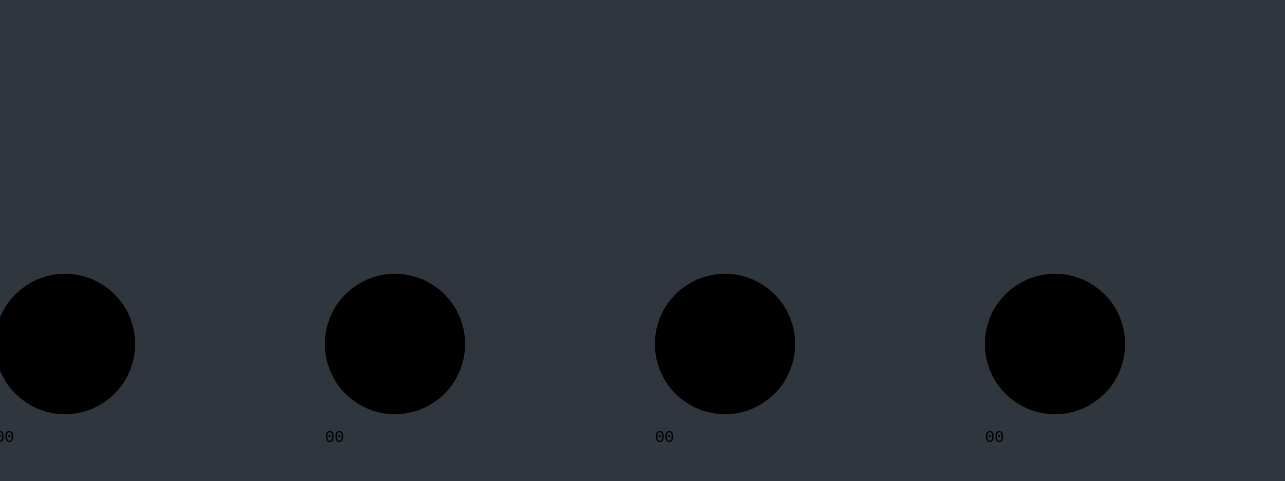
Repository: northpx/happyNY
Page: index.html
The author's editor kept a copy of each file at every save. The page is drawn from the files as they stood at one save, then again after a run of saves.
The browser window is 1280 px wide. The page is 1285 px wide, then 1280 px, so the pictures cover 1285 px, including what lies to the right of the window. The pictures show the whole page.

Above is the page before, as saved 2022-12-31 10:52:32.

### index.html
<!DOCTYPE html>
<html lang="en">
<head>
    <meta charset="UTF-8">
    <meta http-equiv="X-UA-Compatible" content="IE=edge">
    <meta name="viewport" content="width=device-width, initial-scale=1.0">
    <link rel="stylesheet" href="style.css">
    <title>Document</title>
</head>
<body>
    <h1>HAPPY NEW YEAR <br>2023</h1>
    <div class="time">
        <div class="circle" style="--clr:#fff">
            <div class="dots day_dot">
                <svg>
                    <circle cx="70" cy="70" r="70"></circle>
                    <circle cx="70" cy="70" r="70" id="dd"></circle>
                </svg>
                <div id="days">00</div>
            </div>
        </div>

        <div class="circle" style="--clr:#fff">
            <div class="dots hr_dot">
                <svg>
                    <circle cx="70" cy="70" r="70"></circle>
                    <circle cx="70" cy="70" r="70" id="hh"></circle>
                </svg>
                <div id="hours">00</div>
            </div>
        </div>

        <div class="circle" style="--clr:#fff">
            <div class="dots min_dot">
                <svg>
                    <circle cx="70" cy="70" r="70"></circle>
                    <circle cx="70" cy="70" r="70" id="mm"></circle>
                </svg>
                <div id="minutes">00</div>
            </div>
        </div>

        <div class="circle" style="--clr:#fff">
            <div class="dots sec_dot">
                <svg>
                    <circle cx="70" cy="70" r="70"></circle>
                    <circle cx="70" cy="70" r="70" id="ss"></circle>
                </svg>
                <div id="seconds">00</div>
            </div>
        </div>
    </div>
</body>
<script src="script.js">
</script>
</html>

### style.css
*{
    margin: 0;
    padding: 0;
    box-sizing: border-box;
    font-family: 'Courier New', Courier, monospace;
}
body{
    display: flex;
    justify-content: center;
    align-items: center;
    min-height: 100vh;
     background: #2f363e;
}
h1{
    display: none;
}
.time{
    min-height: 100vh;
    display: flex;
    align-items: center;
    justify-content: center;
    gap: 30px;
}
#time .circle{
    position: relative;
    width: 150px;
    height: 150px;
    display: flex;
    justify-content: center;
    align-items: center;
}

#time .circle svg{
    position: relative;
    width: 150px;
    height: 150px;
}

#time .circle svg circle{
    width: 100%;height: 100%;
    fill: transparent;
    stroke-width: 8;
    stroke: #282828;
    transform: translate(5px, 5px);
}

#time .circle svg circle:nth-child(2){
    stroke: var(--clr);
    stroke-dasharray: 440;
}

#time div{
    position: absolute;
}

### script.js

//thong dich
//quote
// ??
//use strict
//
//biginteger
//conversion(number, bool)

After the next 4 saves:
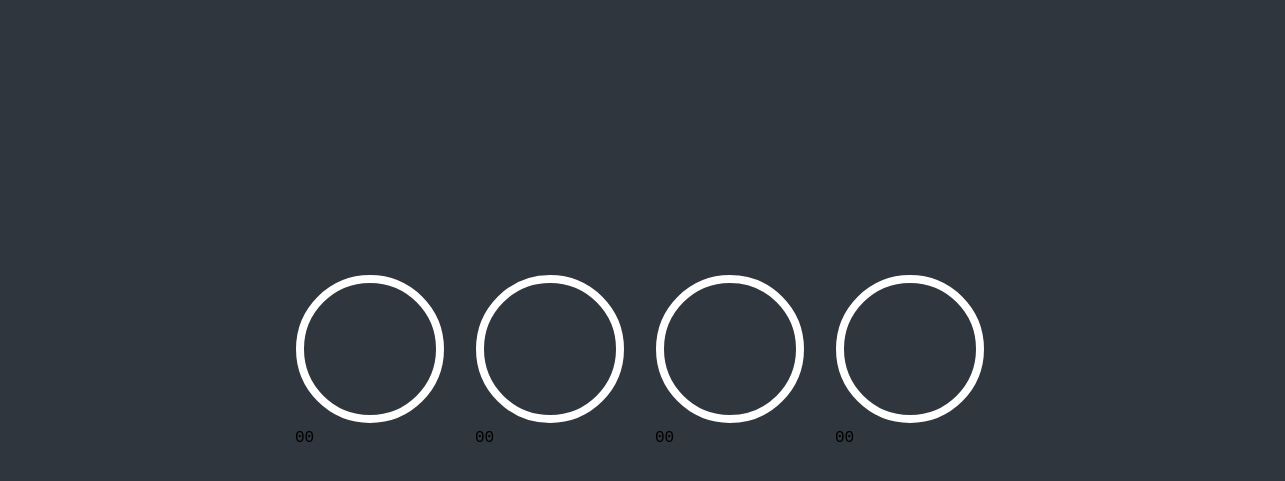
The 4 saves are shown as one change because they came seconds apart.
The last was saved 11 s later.
--- a/style.css
+++ b/style.css
@@ -21,7 +21,7 @@ h1{
     justify-content: center;
     gap: 30px;
 }
-#time .circle{
+.time .circle{
     position: relative;
     width: 150px;
     height: 150px;
@@ -30,13 +30,13 @@ h1{
     align-items: center;
 }
 
-#time .circle svg{
+.time .circle svg{
     position: relative;
     width: 150px;
     height: 150px;
 }
 
-#time .circle svg circle{
+.time .circle svg circle{
     width: 100%;height: 100%;
     fill: transparent;
     stroke-width: 8;
@@ -44,7 +44,7 @@ h1{
     transform: translate(5px, 5px);
 }
 
-#time .circle svg circle:nth-child(2){
+.time .circle svg circle:nth-child(2){
     stroke: var(--clr);
     stroke-dasharray: 440;
 }
